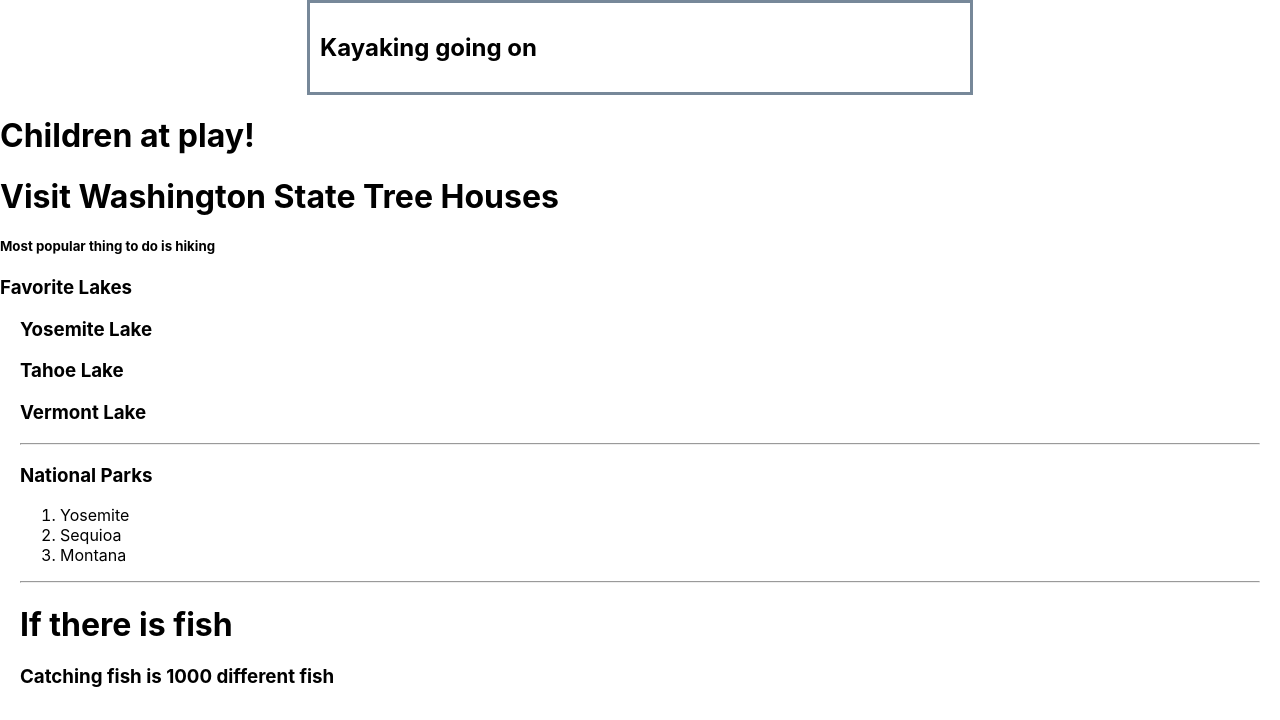
Repository: CaptainStorm21/intro-react-hooks
Page: /
An editor plug-in stored every save of this project. The page is shown before and after a run of saves, followed by the edit.
The browser window is 1280 px wide. The pictures show the whole page.
The project was rebuilt for these pictures with package versions that can differ from the ones it lists, and the page was loaded fresh each time. Also part of the build but not shown: src/App.css.

Above is the page before, as saved 2020-05-27 00:10:27.

After the next 2 saves:
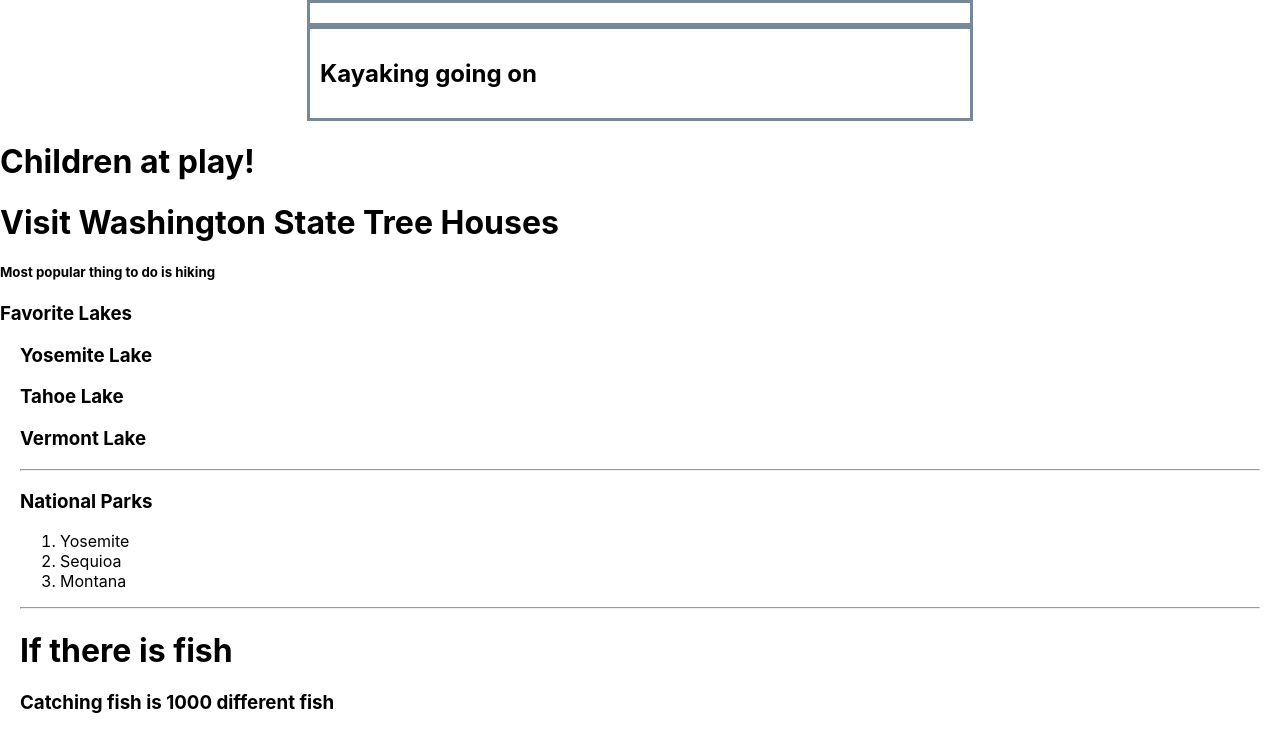
The 2 saves are shown as one change because they came seconds apart.
The last was saved 23 s later.
--- a/src/Fragment.js
+++ b/src/Fragment.js
@@ -17,7 +17,8 @@ function Kayak() {
 
 function Fragment() {
   return (
-    <>
+      <>
+          <div className = "div-style"></div>
       <Kayak />
       <Kids />
     </>
